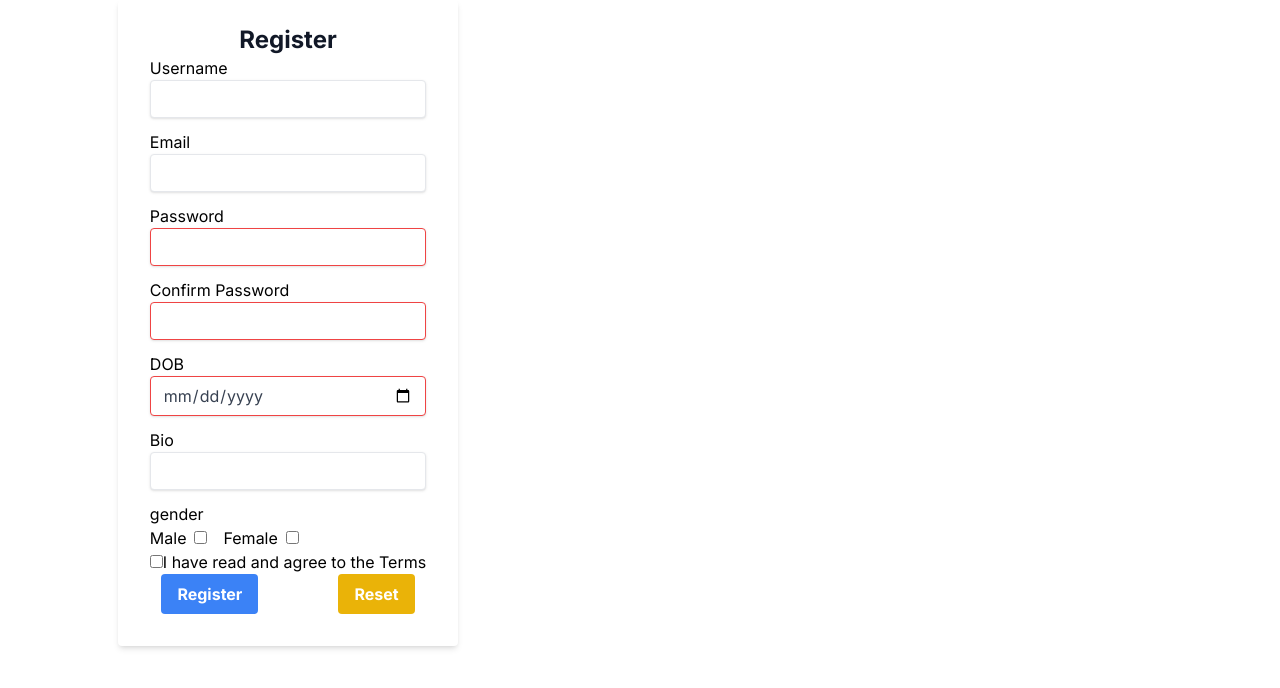
Repository: uh-sman/tiktok-card
Page: /
An editor plug-in stored every save of this project. The page is shown before and after the next save, followed by the edit.
The browser window is 1280 px wide. The pictures show the whole page.
The project was rebuilt for these pictures with package versions that can differ from the ones it lists, and the page was loaded fresh each time. The framework's server and built-in components were replaced by stand-ins that run in the browser. Also part of the build but not shown: next.config.js.

Above is the page before, as saved 2023-12-19 15:00:28.

After the next save:
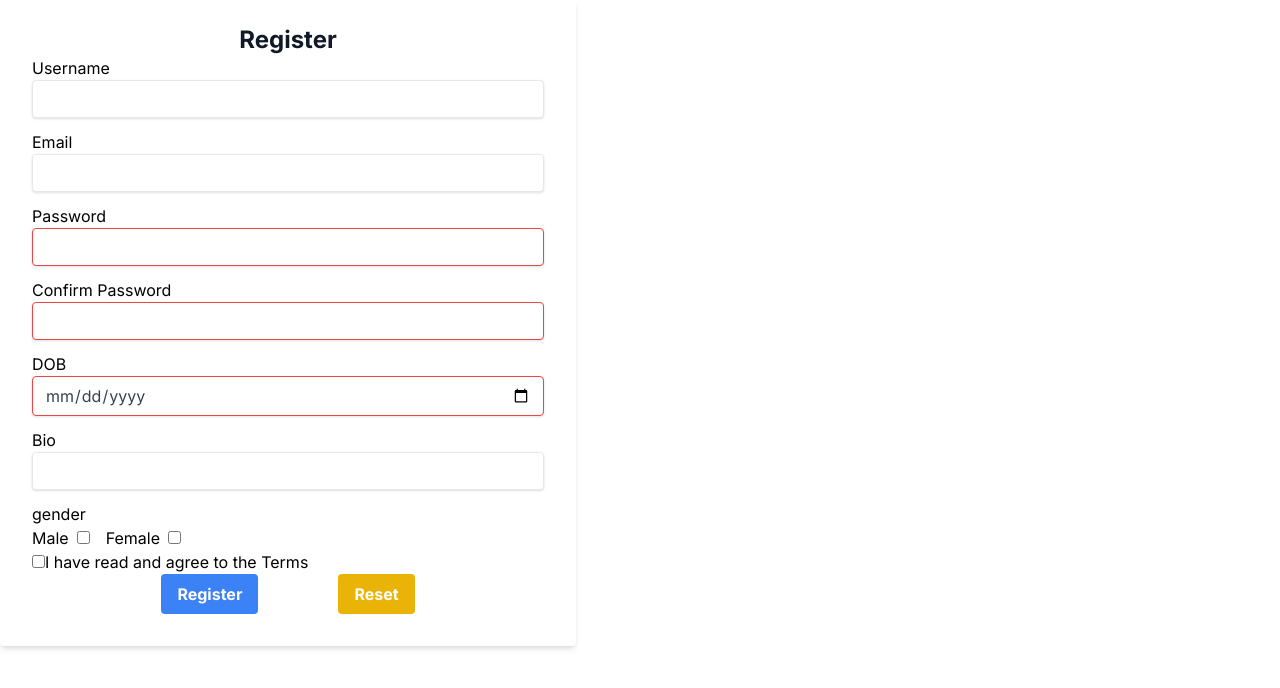
Saved 45 s later.
--- a/app/components/AuthForm.tsx
+++ b/app/components/AuthForm.tsx
@@ -23,7 +23,7 @@ const AuthForm: React.FC = () => {
         console.log(data)
     }
     return (
-        <div className="flex justify-center w-full max-w-xl">
+        <div className="w-full max-w-xl">
         <form className="bg-white shadow-md rounded px-8 pt-6 pb-8 mb-4" onSubmit={handleSubmit(onSubmit)}>
         <h2 className="font-bold text-gray-900 text-2xl text-center">Register</h2>
           <div className="flex flex-col">
